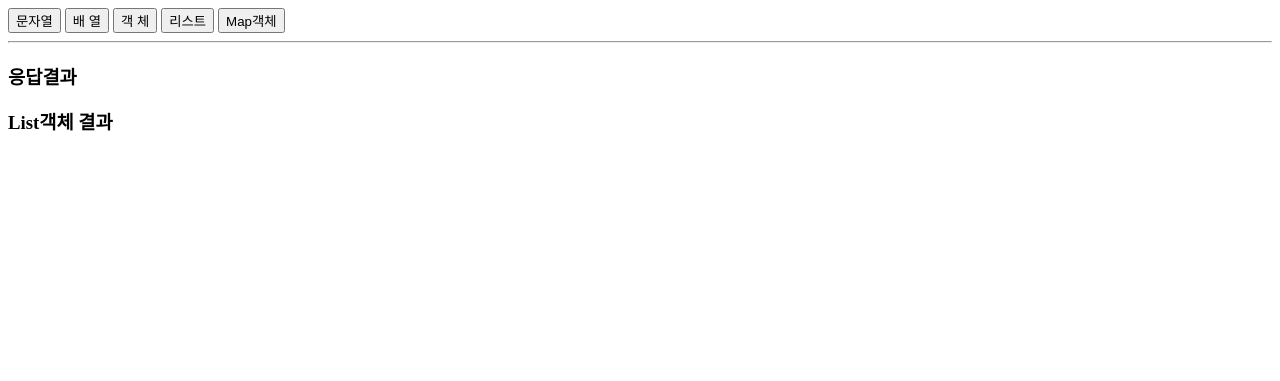
Repository: p2terkim/servletWork
Page: http://localhost/servletTest/basic/json/jsonTest.jsp
An editor plug-in stored every save of this project. The page is shown before and after the next save, followed by the edit.
The browser window is 1280 px wide. The pictures show the whole page.
After loading, the first visible `#listBtn` was clicked once.
The page is served by Tomcat 9.

Above is the page before, as saved 2021-05-20 06:38:44.

After the next save:
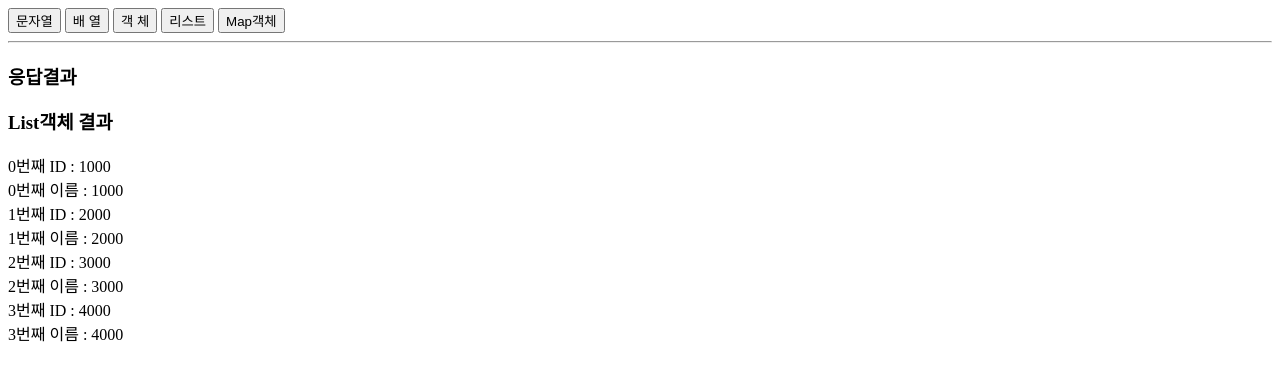
Saved 43 s later.
--- a/servletTest/WebContent/basic/json/jsonTest.jsp
+++ b/servletTest/WebContent/basic/json/jsonTest.jsp
@@ -72,7 +72,8 @@ $(function(){
 
 				var str = "<h3>List객체 결과</h3>";
 				$.each(data, function(i,v){
-
+					str += i + "번째 ID : " + v.id + "<br>";
+					str += i + "번째 이름 : " + v.id + "<br>";
 				});
 
 				$('#result').html(str);
